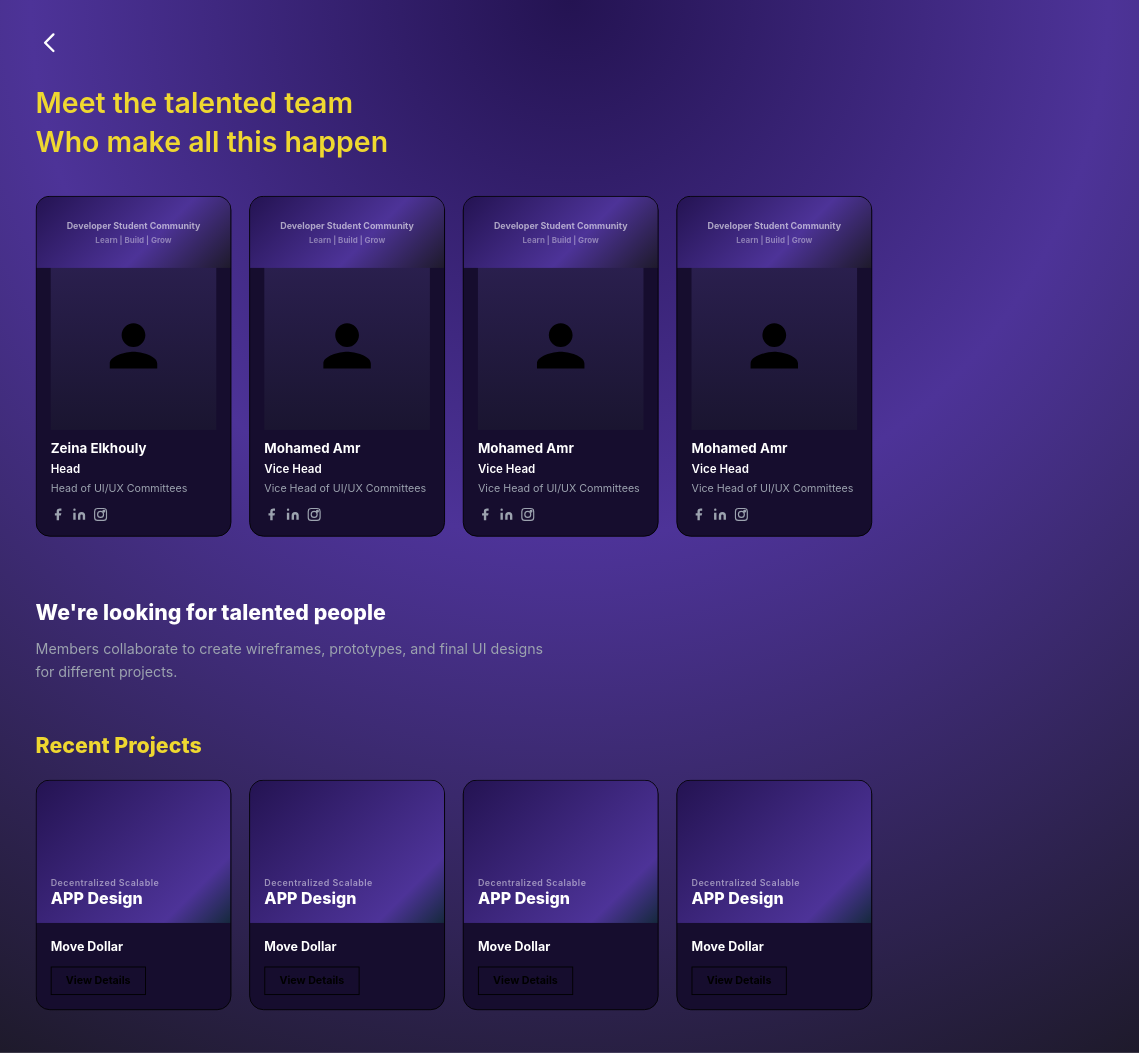
Repository: Frontend-Committee/StarUnion-Website
Page: /committees/artificial-intelligence
The author's editor kept a copy of each file at every save. The page is drawn from the files as they stood at one save, then again after the next save.
The browser window is 1280 px wide. The pictures show the whole page, at 89% of full size.
The project was rebuilt for these pictures with package versions that can differ from the ones it lists, and the page was loaded fresh each time. Also part of the build but not shown: vite.config.js, src/features/committees/components/CommitteeBadge.jsx, src/features/committees/components/CommitteeCard.jsx, src/features/committees/pages/CommitteesPage.jsx, src/components/common/Navbar.jsx, src/components/common/Footer.jsx.

Above is the page before, as saved 2026-02-26 03:04:23.

### index.html
<!doctype html>
<html lang="en">
  <head>
    <meta charset="UTF-8" />
    <meta name="viewport" content="width=device-width, initial-scale=1.0" />
    <title>star-union</title>
  </head>
  <body>
    <div id="root"></div>
    <script type="module" src="/src/main.jsx"></script>
  </body>
</html>

### src/App.jsx
import { BrowserRouter, Route, Routes } from "react-router-dom";
import "./App.css";

import CommitteeDetailsPage from "./features/committees/pages/CommitteeDetailsPage";
import CommitteesPage from "./features/committees/pages/CommitteesPage";
import MainLayout from "./layouts/MainLayout";

function App() {
  return (
    <BrowserRouter>
      <Routes>
        <Route element={<MainLayout />}>
          <Route path="/committees" element={<CommitteesPage />} />
          <Route path="/committees/:slug" element={<CommitteeDetailsPage />} />
          {/* Fallback — redirect to committees for now */}
          <Route path="*" />
        </Route>
      </Routes>
    </BrowserRouter>
  );
}

export default App;

### src/App.css
@tailwind base;
@tailwind components;
@tailwind utilities;

/* Import Inter from Google Fonts */
@import url("https://fonts.googleapis.com/css2?family=Inter:wght@400;500;600;700;800;900&display=swap");

/* Base global styles */
* {
  margin: 0;
  padding: 0;
  box-sizing: border-box;
}

html {
  scroll-behavior: smooth;
}

body {
  font-family:
    "Inter",
    -apple-system,
    BlinkMacSystemFont,
    "Segoe UI",
    Roboto,
    sans-serif;
  -webkit-font-smoothing: antialiased;
  -moz-osx-font-smoothing: grayscale;
}

/* Hide scrollbar utility */
.scrollbar-hide {
  -ms-overflow-style: none;
  scrollbar-width: none;
}
.scrollbar-hide::-webkit-scrollbar {
  display: none;
}

### src/features/committees/pages/CommitteeDetailsPage.jsx
import { useNavigate, useParams } from "react-router-dom";
import ScrollAnimation from "../../../components/ui/ScrollAnimation";
import {
  COMMITTEES_DATA,
  MOCK_PROJECTS,
  MOCK_TEAM_MEMBERS,
} from "../../../utils/constants";
import { motion } from "framer-motion";

/* ── tiny inline social icons ── */
const SocialIcon = ({ type, href }) => {
  const icons = {
    facebook: (
      <svg viewBox="0 0 24 24" fill="currentColor" className="w-4 h-4">
        <path d="M18 2h-3a5 5 0 00-5 5v3H7v4h3v8h4v-8h3l1-4h-4V7a1 1 0 011-1h3z" />
      </svg>
    ),
    linkedin: (
      <svg viewBox="0 0 24 24" fill="currentColor" className="w-4 h-4">
        <path d="M16 8a6 6 0 016 6v7h-4v-7a2 2 0 00-4 0v7h-4v-7a6 6 0 016-6zM2 9h4v12H2zM4 6a2 2 0 100-4 2 2 0 000 4z" />
      </svg>
    ),
    instagram: (
      <svg
        viewBox="0 0 24 24"
        fill="none"
        stroke="currentColor"
        strokeWidth="2"
        className="w-4 h-4"
      >
        <rect x="2" y="2" width="20" height="20" rx="5" />
        <circle cx="12" cy="12" r="5" />
        <circle cx="17.5" cy="6.5" r="1.5" fill="currentColor" />
      </svg>
    ),
  };
  return (
    <a
      href={href}
      className="text-gray-400 hover:text-secondary transition-colors"
    >
      {icons[type]}
    </a>
  );
};

/* ── team member card ── */
const TeamCard = ({ member, delay = 0 }) => (
  <ScrollAnimation variant="fade-up" delay={delay} className="flex-shrink-0">
    <motion.div
      whileHover={{ y: -4 }}
      className="min-w-[220px] max-w-[260px] h-full rounded-[16px] overflow-hidden border border-primary/30 bg-[#160d2e]"
    >
      {/* Banner */}
      <div
        className="h-[80px] relative overflow-hidden"
        style={{
          background: `linear-gradient(135deg, #241352 0%, #4D3398 60%, #1E1A2B 100%)`,
        }}
      >
        <div className="absolute inset-0 flex items-center justify-center">
          <p className="text-[9px] text-white/60 font-bold text-center leading-tight px-3">
            <span className="text-secondary text-[10px] block">
              Developer Student Community
            </span>
            <span className="text-white/40 mt-1 block">
              Learn | Build | Grow
            </span>
          </p>
        </div>
      </div>

      {/* Photo */}
      <div className="px-4 -mt-1">
        <div className="w-full aspect-square bg-gradient-to-b from-[#2a1f4e] to-[#1a1530] rounded-lg overflow-hidden flex items-center justify-center">
          {member.photo ? (
            <img
              src={member.photo}
              alt={member.name}
              className="w-full h-full object-cover"
            />
          ) : (
            <svg
              className="w-16 h-16 text-primary/30"
              viewBox="0 0 24 24"
              fill="currentColor"
            >
              <path d="M12 12c2.7 0 5-2.3 5-5s-2.3-5-5-5-5 2.3-5 5 2.3 5 5 5zm0 2c-3.3 0-10 1.7-10 5v2h20v-2c0-3.3-6.7-5-10-5z" />
            </svg>
          )}
        </div>
      </div>

      {/* Info */}
      <div className="p-4 pt-3 flex flex-col flex-1">
        <h4 className="text-white font-bold text-[15px] leading-tight">
          {member.name}
        </h4>
        <p className="text-white text-[13px] mt-1 font-semibold">
          {member.role}
        </p>
        <p className="text-gray-400 text-[12px] mt-1 leading-snug">
          {member.description}
        </p>

        {/* Social icons */}
        <div className="flex gap-2 mt-auto pt-3">
          {member.socials?.facebook && (
            <SocialIcon type="facebook" href={member.socials.facebook} />
          )}
          {member.socials?.linkedin && (
            <SocialIcon type="linkedin" href={member.socials.linkedin} />
          )}
          {member.socials?.instagram && (
            <SocialIcon type="instagram" href={member.socials.instagram} />
          )}
        </div>
      </div>
    </motion.div>
  </ScrollAnimation>
);

/* ── project card ── */
const ProjectCard = ({ project, delay = 0 }) => (
  <ScrollAnimation variant="fade-up" delay={delay} className="flex-shrink-0">
    <motion.div
      whileHover={{ y: -4 }}
      className="min-w-[220px] max-w-[260px] h-full rounded-[16px] overflow-hidden border border-primary/30 bg-[#160d2e]"
    >
      {/* Project image area */}
      <div
        className="h-[160px] relative overflow-hidden"
        style={{
          background: `linear-gradient(135deg, #241352 0%, #4D3398 80%, #11EDA420 100%)`,
        }}
      >
        <div className="absolute inset-0 flex flex-col items-start justify-end p-4">
          <p className="text-white/50 text-[10px] font-semibold tracking-wider">
            {project.subtitle}
          </p>
          <h4 className="text-white text-[18px] font-extrabold leading-tight">
            {project.type}
          </h4>
        </div>
        {/* Decorative dots */}
        <div className="absolute top-4 right-4 flex flex-col gap-1">
          <div className="w-1.5 h-1.5 rounded-full bg-secondary/50" />
          <div className="w-1.5 h-1.5 rounded-full bg-secondary/30" />
          <div className="w-1.5 h-1.5 rounded-full bg-secondary/20" />
        </div>
      </div>

      {/* Bottom */}
      <div className="p-4 flex flex-col flex-1">
        <p className="text-white font-bold text-[14px] mb-3">{project.title}</p>
        <button className="px-4 py-[6px] text-[12px] text-secondary border border-secondary rounded-md hover:bg-secondary/10 transition-colors font-bold mt-auto self-start">
          View Details
        </button>
      </div>
    </motion.div>
  </ScrollAnimation>
);

/* ── main page ── */
export default function CommitteeDetailsPage() {
  const { slug } = useParams();
  const navigate = useNavigate();

  const committee = COMMITTEES_DATA.find((c) => c.slug === slug);

  if (!committee) {
    return (
      <div className="min-h-screen bg-gradientBg3 flex items-center justify-center">
        <p className="text-white text-h3">Committee not found</p>
      </div>
    );
  }

  return (
    <section className="min-h-screen bg-gradientBg3 py-8 px-4 md:px-8">
      <div className="max-w-[1200px] mx-auto">
        {/* Back button */}
        <ScrollAnimation variant="fade-right">
          <button
            onClick={() => navigate("/committees")}
            className="text-white hover:text-secondary transition-colors mb-8 flex items-center gap-2 group cursor-pointer"
            id="back-to-committees"
          >
            <svg
              className="w-8 h-8 group-hover:-translate-x-1 transition-transform"
              viewBox="0 0 24 24"
              fill="none"
              stroke="currentColor"
              strokeWidth="2"
            >
              <path
                strokeLinecap="round"
                strokeLinejoin="round"
                d="M15 19l-7-7 7-7"
              />
            </svg>
          </button>
        </ScrollAnimation>

        {/* Section: Meet the team */}
        <ScrollAnimation variant="fade-up" delay={100}>
          <div className="mb-10">
            <h1 className="text-tertiary text-h2 font-semibold leading-tight">
              Meet the talented team
            </h1>
            <h2 className="text-tertiary text-h2 font-semibold leading-tight mt-1">
              Who make all this happen
            </h2>
          </div>
        </ScrollAnimation>

        {/* Team members row */}
        <ScrollAnimation variant="fade-up" delay={200}>
          <div className="flex gap-5 overflow-x-auto pb-4 mb-14 scrollbar-hide">
            {MOCK_TEAM_MEMBERS.map((member, i) => (
              <TeamCard
                key={member.id + "-" + i}
                member={member}
                delay={i * 100}
              />
            ))}
          </div>
        </ScrollAnimation>

        {/* Section: Looking for talented people */}
        <ScrollAnimation variant="fade-up" delay={300}>
          <div className="mb-14">
            <h3 className="text-white text-h3 font-extrabold mb-3">
              We're looking for talented people
            </h3>
            <p className="text-gray-400 text-body font-normal max-w-xl leading-relaxed">
              Members collaborate to create wireframes, prototypes, and final UI
              designs for different projects.
            </p>
          </div>
        </ScrollAnimation>

        {/* Section: Recent Projects */}
        <ScrollAnimation variant="fade-up" delay={400}>
          <div>
            <h3 className="text-tertiary text-h3 font-extrabold mb-6">
              Recent Projects
            </h3>

            <div className="flex gap-5 overflow-x-auto pb-4 scrollbar-hide">
              {MOCK_PROJECTS.map((project, i) => (
                <ProjectCard
                  key={project.id + "-" + i}
                  project={project}
                  delay={i * 100}
                />
              ))}
            </div>
          </div>
        </ScrollAnimation>
      </div>
    </section>
  );
}

### src/layouts/MainLayout.jsx
import { Outlet } from "react-router-dom";
import Navbar from "../components/common/Navbar";
import Footer from "../components/common/Footer";

export default function MainLayout() {
  return (
    <div className="flex flex-col min-h-screen">
      {/* <Navbar /> */}
      <main className="flex-1">
        <Outlet />
      </main>
      {/* <Footer /> */}
    </div>
  );
}

### src/components/ui/ScrollAnimation.jsx
import { useEffect, useRef, useState } from 'react';

export default function ScrollAnimation({
    children,
    className = '',
    variant = 'fade-up',
    delay = 0,
    style
}) {
    const [isVisible, setIsVisible] = useState(false);
    const ref = useRef(null);

    useEffect(() => {
        const observer = new IntersectionObserver(([entry]) => {
            if (!entry) return;
            if (entry.isIntersecting) {
                setIsVisible(true);
                observer.disconnect();
            }
        }, { threshold: 0.1 });

        if (ref.current) observer.observe(ref.current);
        return () => observer.disconnect();
    }, []);

    const variants = {
        'fade-up': 'translate-y-10',
        'fade-down': '-translate-y-10',
        'fade-left': 'translate-x-10',
        'fade-right': '-translate-x-10',
        'zoom-in': 'scale-95'
    };

    return (
        <div
            ref={ref}
            className={`transition-all duration-700 ease-out ${isVisible
                ? 'opacity-100 transform-none'
                : `opacity-0 ${variants[variant]}`
            } ${className}`}
            style={{ transitionDelay: `${delay}ms`, ...style }}
        >
            {children}
        </div>
    );
}

### src/utils/constants.js
// Committee filter categories
export const COMMITTEE_CATEGORIES = {
  ALL: "all",
  TECHNICAL: "technical",
  NON_TECHNICAL: "non-technical",
};

// All 13 committees from Figma design
export const COMMITTEES_DATA = [
  {
    id: 1,
    name: "Video Editing",
    slug: "video-editing",
    type: "technical",
    accent: "teal",
    icon: "video",
  },
  {
    id: 2,
    name: "UI / UX",
    slug: "ui-ux",
    type: "technical",
    accent: "teal",
    icon: "uiux",
  },
  {
    id: 3,
    name: "Back-End",
    slug: "back-end",
    type: "technical",
    accent: "teal",
    icon: "backend",
  },
  {
    id: 4,
    name: "Artificial Intelligence",
    slug: "artificial-intelligence",
    type: "technical",
    accent: "teal",
    icon: "ai",
  },
  {
    id: 5,
    name: "Front-End",
    slug: "front-end",
    type: "technical",
    accent: "teal",
    icon: "frontend",
  },
  {
    id: 6,
    name: "Mobile App",
    slug: "mobile-app",
    type: "technical",
    accent: "teal",
    icon: "mobile",
  },
  {
    id: 7,
    name: "Public Relations",
    slug: "public-relations",
    type: "non-technical",
    accent: "teal",
    icon: "pr",
  },
  {
    id: 8,
    name: "HR & Quality Control",
    slug: "hr-quality-control",
    type: "non-technical",
    accent: "teal",
    icon: "hr",
  },
  {
    id: 9,
    name: "Data Analysis",
    slug: "data-analysis",
    type: "technical",
    accent: "yellow",
    icon: "data",
  },
  {
    id: 10,
    name: "Graphic Design",
    slug: "graphic-design",
    type: "technical",
    accent: "yellow",
    icon: "graphic",
  },
  {
    id: 11,
    name: "Organizing",
    slug: "organizing",
    type: "non-technical",
    accent: "yellow",
    icon: "organize",
  },
  {
    id: 12,
    name: "Digital Marketing",
    slug: "digital-marketing",
    type: "non-technical",
    accent: "yellow",
    icon: "marketing",
  },
  {
    id: 13,
    name: "Photography",
    slug: "photography",
    type: "non-technical",
    accent: "purple",
    icon: "photo",
  },
];

// Accent color mapping
export const ACCENT_COLORS = {
  teal: "#11EDA4",
  yellow: "#EFD830",
  purple: "#7441FF",
};

// Mock team members for committee details
export const MOCK_TEAM_MEMBERS = [
  {
    id: 1,
    name: "Zeina Elkhouly",
    role: "Head",
    description: "Head of UI/UX Committees",
    photo: null,
    socials: { facebook: "#", linkedin: "#", instagram: "#" },
  },
  {
    id: 2,
    name: "Mohamed Amr",
    role: "Vice Head",
    description: "Vice Head of UI/UX Committees",
    photo: null,
    socials: { facebook: "#", linkedin: "#", instagram: "#" },
  },
  {
    id: 3,
    name: "Mohamed Amr",
    role: "Vice Head",
    description: "Vice Head of UI/UX Committees",
    photo: null,
    socials: { facebook: "#", linkedin: "#", instagram: "#" },
  },
  {
    id: 4,
    name: "Mohamed Amr",
    role: "Vice Head",
    description: "Vice Head of UI/UX Committees",
    photo: null,
    socials: { facebook: "#", linkedin: "#", instagram: "#" },
  },
];

// Mock recent projects for committee details
export const MOCK_PROJECTS = [
  {
    id: 1,
    title: "Move Dollar",
    type: "APP Design",
    subtitle: "Decentralized Scalable",
  },
  {
    id: 2,
    title: "Move Dollar",
    type: "APP Design",
    subtitle: "Decentralized Scalable",
  },
  {
    id: 3,
    title: "Move Dollar",
    type: "APP Design",
    subtitle: "Decentralized Scalable",
  },
  {
    id: 4,
    title: "Move Dollar",
    type: "APP Design",
    subtitle: "Decentralized Scalable",
  },
];

### tailwind.config.js
/** @type {import('tailwindcss').Config} */
module.exports = {
    darkMode: ["class"],
    content: ["./index.html", "./src/**/*.{js,jsx,ts,tsx}"],

  theme: {
  	container: {
  		center: true,
  		padding: {
  			DEFAULT: '16px',
  			lg: '24px'
  		}
  	},
  	extend: {
  		colors: {
  			primary: {
  				DEFAULT: 'hsl(var(--primary))',
  				foreground: 'hsl(var(--primary-foreground))'
  			},
  			secondary: {
  				DEFAULT: 'hsl(var(--secondary))',
  				foreground: 'hsl(var(--secondary-foreground))'
  			},
  			tertiary: '#EFD830',
  			background: 'hsl(var(--background))',
  			text: '#111111',
  			textInvert: '#FFFFFF',
  			muted: {
  				DEFAULT: 'hsl(var(--muted))',
  				foreground: 'hsl(var(--muted-foreground))'
  			},
  			card: {
  				DEFAULT: 'hsl(var(--card))',
  				foreground: 'hsl(var(--card-foreground))'
  			},
  			cardSoft: '#C8B5FC',
  			success: '#12B76A',
  			warning: '#F59E0B',
  			error: '#EF4444',
  			bg31: '#241352',
  			bg32: '#4D3398',
  			bg33: '#1E1A2B',
  			foreground: 'hsl(var(--foreground))',
  			popover: {
  				DEFAULT: 'hsl(var(--popover))',
  				foreground: 'hsl(var(--popover-foreground))'
  			},
  			accent: {
  				DEFAULT: 'hsl(var(--accent))',
  				foreground: 'hsl(var(--accent-foreground))'
  			},
  			destructive: {
  				DEFAULT: 'hsl(var(--destructive))',
  				foreground: 'hsl(var(--destructive-foreground))'
  			},
  			border: 'hsl(var(--border))',
  			input: 'hsl(var(--input))',
  			ring: 'hsl(var(--ring))',
  			chart: {
  				'1': 'hsl(var(--chart-1))',
  				'2': 'hsl(var(--chart-2))',
  				'3': 'hsl(var(--chart-3))',
  				'4': 'hsl(var(--chart-4))',
  				'5': 'hsl(var(--chart-5))'
  			}
  		},
  		backgroundImage: {
  			gradientBg3: 'radial-gradient(circle at top, #241352 0%, #4D3398 45%, #1E1A2B 100%)',
  			gradientFooter: 'linear-gradient(135deg, #E1D6FF 0%, #7441FF 100%)',
  			gradientBrand: 'linear-gradient(135deg, #7441FF 0%, #11EDA4 50%, #EFD830 100%)'
  		},
  		fontSize: {
  			h1: [
  				'44px',
  				{
  					lineHeight: '1.1',
  					fontWeight: '800'
  				}
  			],
  			h2: [
  				'32px',
  				{
  					lineHeight: '1.15',
  					fontWeight: '800'
  				}
  			],
  			h3: [
  				'24px',
  				{
  					lineHeight: '1.2',
  					fontWeight: '800'
  				}
  			],
  			h4: [
  				'20px',
  				{
  					lineHeight: '1.25',
  					fontWeight: '800'
  				}
  			],
  			body: [
  				'16px',
  				{
  					lineHeight: '1.6',
  					fontWeight: '800'
  				}
  			],
  			caption: [
  				'14px',
  				{
  					lineHeight: '1.4',
  					fontWeight: '800'
  				}
  			],
  			micro: [
  				'12px',
  				{
  					lineHeight: '1.35',
  					fontWeight: '800'
  				}
  			]
  		},
  		spacing: {
  			'1': '4px',
  			'2': '8px',
  			'3': '12px',
  			'4': '16px',
  			'6': '24px',
  			'8': '32px',
  			'12': '48px',
  			'16': '64px'
  		},
  		margin: {
  			'section-sm': '24px',
  			'section-md': '32px',
  			'section-lg': '48px',
  			'section-xl': '64px'
  		},
  		padding: {
  			'section-sm': '24px',
  			'section-md': '32px',
  			'section-lg': '48px',
  			'section-xl': '64px'
  		},
  		boxShadow: {
  			soft: '0 4px 10px rgba(0,0,0,0.1)'
  		},
  		borderRadius: {
  			card: '16px',
  			lg: 'var(--radius)',
  			md: 'calc(var(--radius) - 2px)',
  			sm: 'calc(var(--radius) - 4px)'
  		}
  	}
  },

  plugins: [require("tailwindcss-animate")],
};

Loaded but not shown: src/main.jsx (common file)

After the next save:
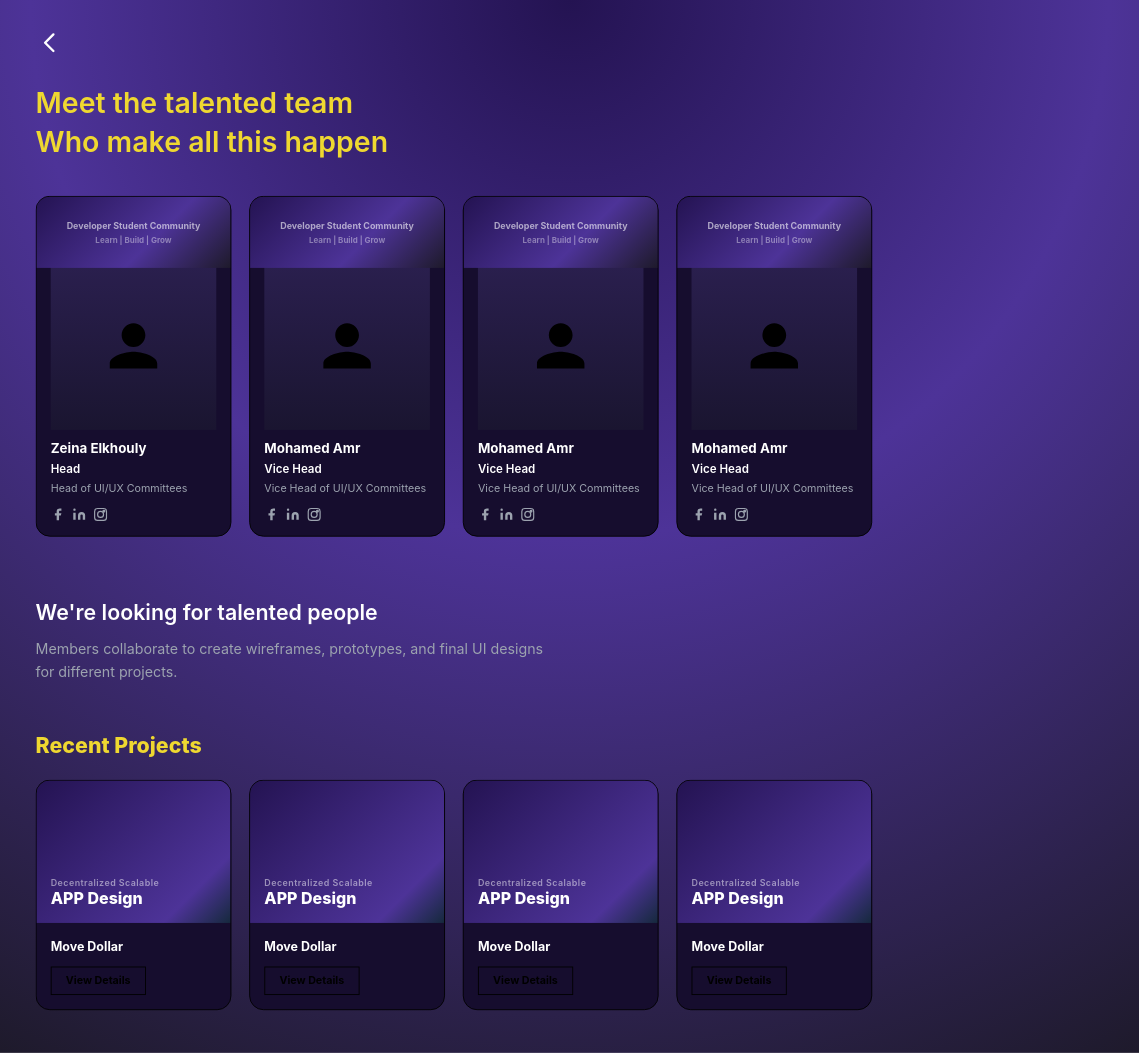
Saved 41 s later.
--- a/src/features/committees/pages/CommitteeDetailsPage.jsx
+++ b/src/features/committees/pages/CommitteeDetailsPage.jsx
@@ -230,7 +230,7 @@
         {/* Section: Looking for talented people */}
         <ScrollAnimation variant="fade-up" delay={300}>
           <div className="mb-14">
-            <h3 className="text-white text-h3 font-extrabold mb-3">
+            <h3 className="text-white text-h3 font-semibold mb-3">
               We're looking for talented people
             </h3>
             <p className="text-gray-400 text-body font-normal max-w-xl leading-relaxed">
